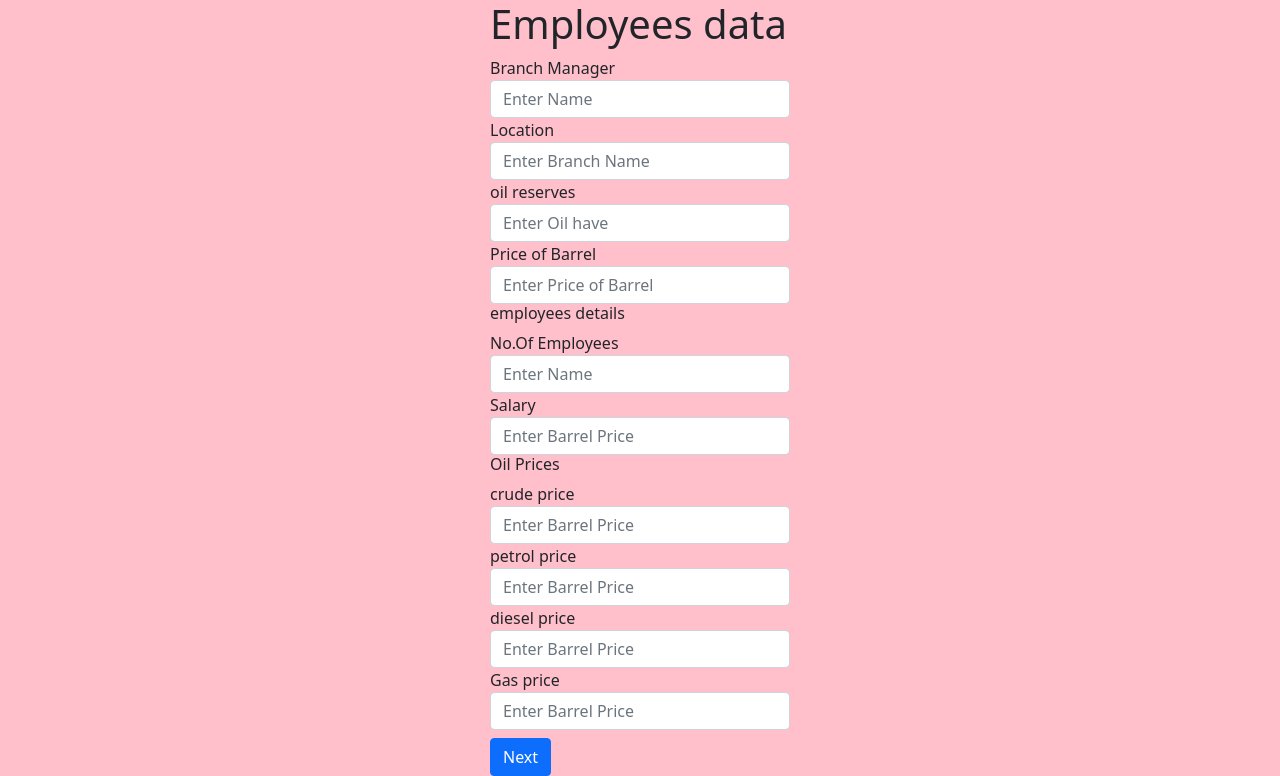
Repository: veerrajuMareddi/demo
Page: http://localhost/OilCorporation/views/save.jsp
The author's editor kept a copy of each file at every save. The page is drawn from the files as they stood at one save, then again after the next save.
The browser window is 1280 px wide. The pictures show the whole page.
The page is served by Tomcat 9.

Above is the page before, as saved 2022-05-01 04:13:48.

After the next save:
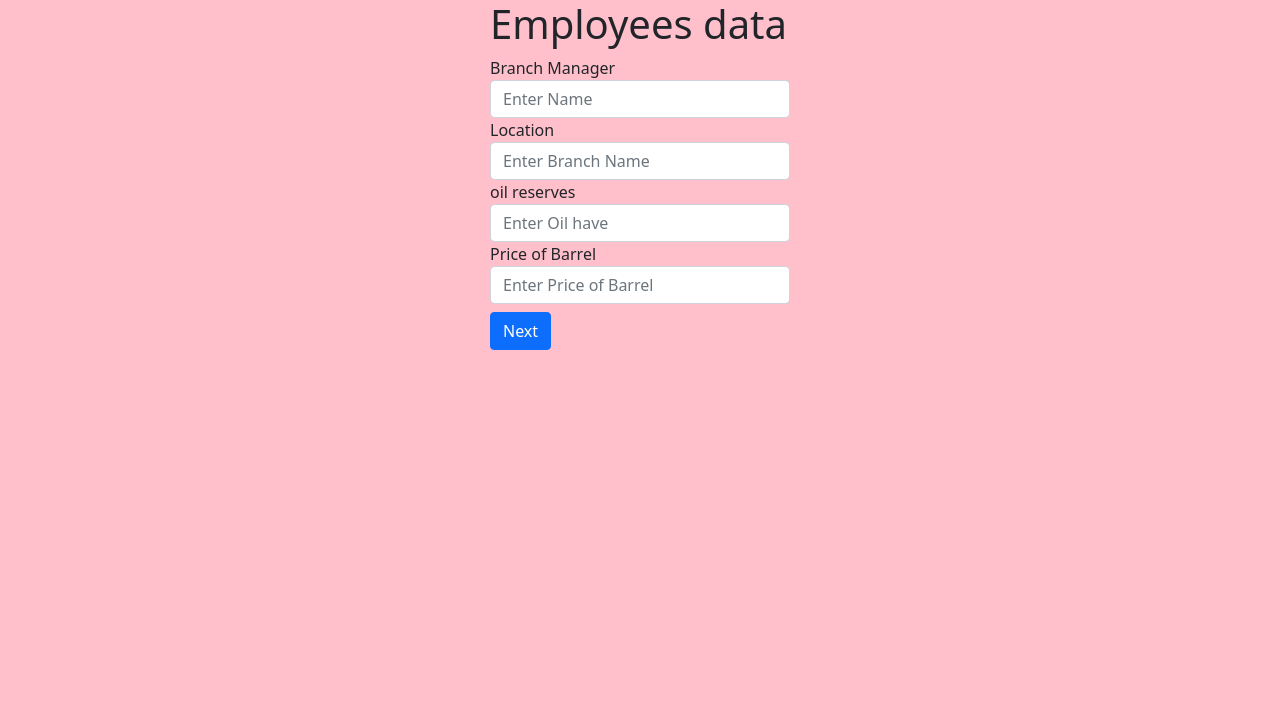
Saved 13 min 20 s later.
--- a/OilCorporation/src/main/webapp/views/save.jsp
+++ b/OilCorporation/src/main/webapp/views/save.jsp
@@ -45,7 +45,7 @@
     <label for="branchManager">Price of Barrel</label>
     <input type="number" class="form-control" name ="barrelPrice" id="branchManager" aria-describedby="emailHelp" placeholder="Enter Price of Barrel">
    </div>
-   <h6>employees details</h6>
+   <!-- <h6>employees details</h6>
 <div class="form-group">
     <label for="branchManager">No.Of Employees</label>
     <input type="number" class="form-control" name ="emp.toatalEmployees" id="branchManager" aria-describedby="emailHelp" placeholder="Enter Name">
@@ -70,7 +70,7 @@
   <div class="form-group">
     <label for="exampleInputPassword1">Gas price</label>
     <input type="number" class="form-control" name="prices.gasPrice" id="oilReserves" placeholder="Enter Barrel Price">
-  </div>
+  </div> -->
   <!-- <div class="form-group">
     <label for="exampleInputPassword1">Salary</label>
     <input type="number" class="form-control" name="emp.salary" id="oilReserves" placeholder="Enter Barrel Price">

After the 2 saves that followed:
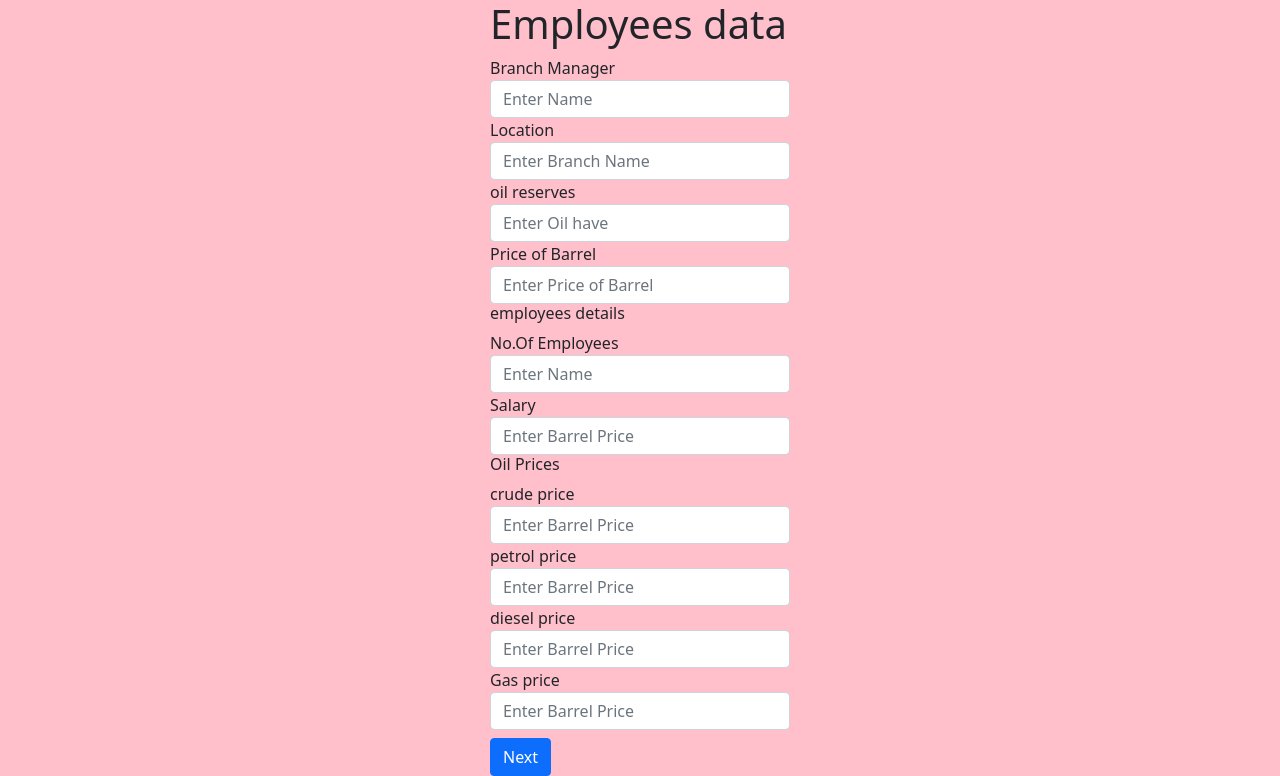
The 2 saves are shown as one change because 1 left the picture as it was.
The last was saved 8 min 14 s later.
--- a/OilCorporation/src/main/webapp/views/save.jsp
+++ b/OilCorporation/src/main/webapp/views/save.jsp
@@ -45,7 +45,7 @@
     <label for="branchManager">Price of Barrel</label>
     <input type="number" class="form-control" name ="barrelPrice" id="branchManager" aria-describedby="emailHelp" placeholder="Enter Price of Barrel">
    </div>
-   <!-- <h6>employees details</h6>
+   <h6>employees details</h6>
 <div class="form-group">
     <label for="branchManager">No.Of Employees</label>
     <input type="number" class="form-control" name ="emp.toatalEmployees" id="branchManager" aria-describedby="emailHelp" placeholder="Enter Name">
@@ -70,7 +70,7 @@
   <div class="form-group">
     <label for="exampleInputPassword1">Gas price</label>
     <input type="number" class="form-control" name="prices.gasPrice" id="oilReserves" placeholder="Enter Barrel Price">
-  </div> -->
+  </div>
   <!-- <div class="form-group">
     <label for="exampleInputPassword1">Salary</label>
     <input type="number" class="form-control" name="emp.salary" id="oilReserves" placeholder="Enter Barrel Price">
@@ -79,7 +79,5 @@
   <button type="submit" class="btn btn-primary">Next</button>
   </div>
 </form>
-
-
 </body>
 </html>
